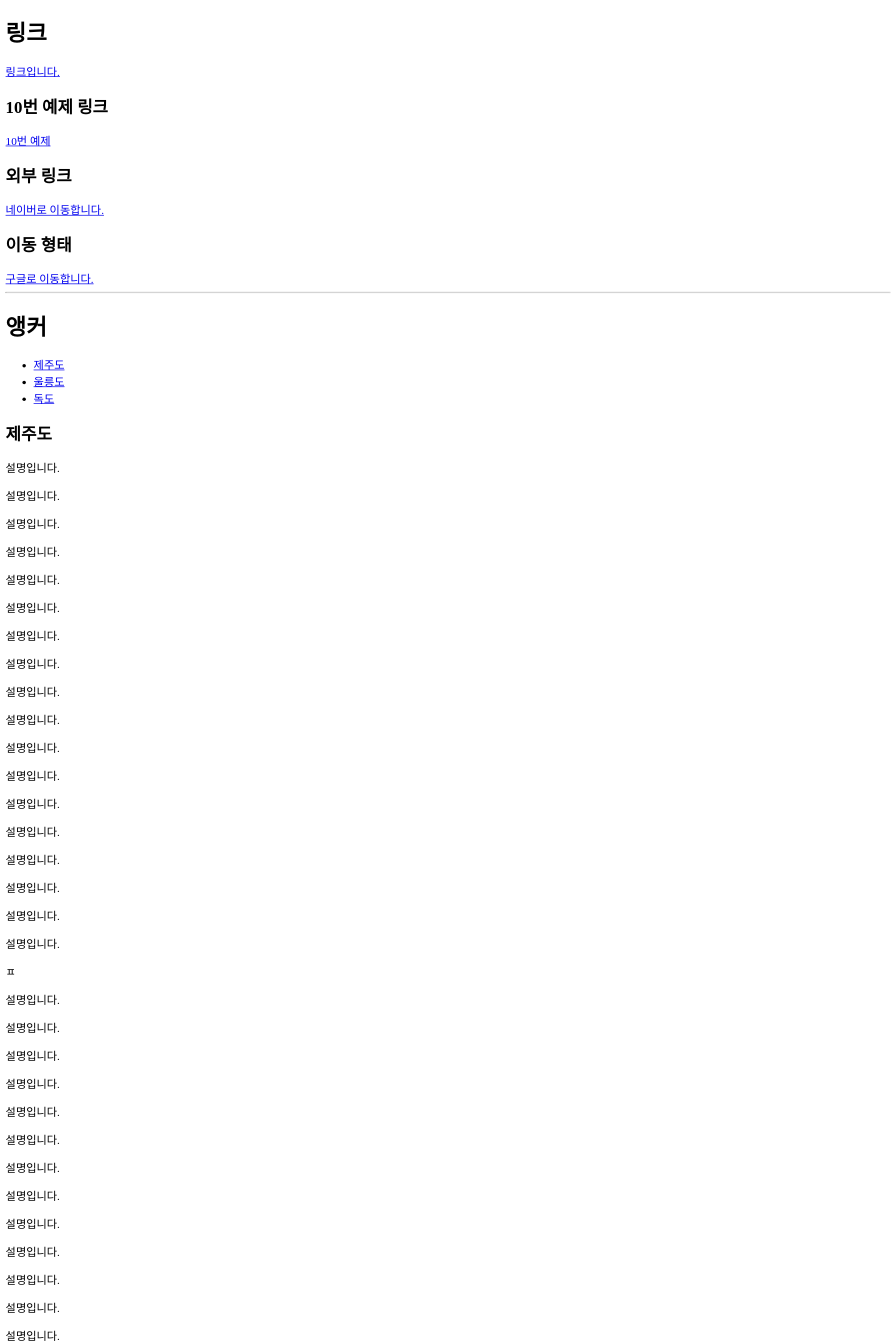
Repository: sinsujung/client
Page: ClientTest/src/main/webapp/html/ex11link.html
These files come from the project's save history. The page is drawn as it stood at one moment and after the next save; the edit follows.
The browser window is 1280 px wide. The pictures show the part of the page from y = 0 to 1920 px (the page is 8333 px tall before and 8365 px after), at 70% of full size.

Above is the page before, as saved 2023-09-20 05:26:25.

### ClientTest/src/main/webapp/html/ex11link.html
<!DOCTYPE html>
<html>
<head>
<meta charset="UTF-8">
<title>Insert title here</title>
</head>
<body>
<!--

	링크, Link
	- <a>, anchor(닻), link
	링크 속성
	- a.href: 클릭하면 이동할 URL. reference a hyperlink
	- a.target: 열거형. _self|_blank|_parent|_top|프레임명

	_self > 내부 링크용
	_blank > 외부 링크용

 -->

 <h1>링크</h1>
 <a href="ex10_list.html">링크입니다.</a>

 <h2>10번 예제 링크</h2>
 <a href="ex10_list.html">10번 예제</a>

  <h2>외부 링크</h2>
 <a href="https://naver.com">네이버로 이동합니다.</a>

 <h2>이동 형태</h2>
 <a href="https://google.com" target="_balank">구글로 이동합니다.</a>


 <hr>

 <h1>앵커</h1>

 <ul>
 	<li><a href="#a1">제주도</li>
 	<li><a href="#a2">울릉도</li>
 	<li><a href="#a3">독도</li>
 </ul>

 <h2><a name="a1"></a>제주도</h2>
 <p>설명입니다.</p> <p>설명입니다.</p> <p>설명입니다.</p> <p>설명입니다.</p> <p>설명입니다.</p> <p>설명입니다.</p> <p>설명입니다.</p>
  <p>설명입니다.</p> <p>설명입니다.</p> <p>설명입니다.</p> <p>설명입니다.</p> <p>설명입니다.</p> <p>설명입니다.</p> <p>설명입니다.</p> <p>설명입니다.</p> <p>설명입니다.</p> <p>설명입니다.</p> <p>설명입니다.</p>
  ㅍ <p>설명입니다.</p> <p>설명입니다.</p> <p>설명입니다.</p> <p>설명입니다.</p> <p>설명입니다.</p> <p>설명입니다.</p> <p>설명입니다.</p> <p>설명입니다.</p> <p>설명입니다.</p> <p>설명입니다.</p>
   <p>설명입니다.</p> <p>설명입니다.</p> <p>설명입니다.</p> <p>설명입니다.</p> <p>설명입니다.</p> <p>설명입니다.</p> <p>설명입니다.</p> <p>설명입니다.</p> <p>설명입니다.</p> <p>설명입니다.</p> <p>설명입니다.</p> <p>설명입니다.</p>
    <p>설명입니다.</p> <p>설명입니다.</p> <p>설명입니다.</p> <p>설명입니다.</p> <p>설명입니다.</p> <p>설명입니다.</p> <p>설명입니다.</p> <p>설명입니다.</p> <p>설명입니다.</p> <p>설명입니다.</p> <p>설명입니다.</p> <p>설명입니다.</p> <p>설명입니다.</p>
     <p>설명입니다.</p> <p>설명입니다.</p> <p>설명입니다.</p> <p>설명입니다.</p> <p>설명입니다.</p> <p>설명입니다.</p> <p>설명입니다.</p> <p>설명입니다.</p> <p>설명입니다.</p> <p>설명입니다.</p> <p>설명입니다.</p> <p>설명입니다.</p>



 <h2><a name="a2"></a>울릉도</h2>
 <p>설명입니다.</p>
 설명입니다.</p> <p>설명입니다.</p> <p>설명입니다.</p> <p>설명입니다.</p> <p>설명입니다.</p> <p>설명입니다.</p> <p>설명입니다.</p>
  <p>설명입니다.</p> <p>설명입니다.</p> <p>설명입니다.</p> <p>설명입니다.</p> <p>설명입니다.</p> <p>설명입니다.</p> <p>설명입니다.</p> <p>설명입니다.</p> <p>설명입니다.</p> <p>설명입니다.</p> <p>설명입니다.</p>
  ㅍ <p>설명입니다.</p> <p>설명입니다.</p> <p>설명입니다.</p> <p>설명입니다.</p> <p>설명입니다.</p> <p>설명입니다.</p> <p>설명입니다.</p> <p>설명입니다.</p> <p>설명입니다.</p> <p>설명입니다.</p>
   <p>설명입니다.</p> <p>설명입니다.</p> <p>설명입니다.</p> <p>설명입니다.</p> <p>설명입니다.</p> <p>설명입니다.</p> <p>설명입니다.</p> <p>설명입니다.</p> <p>설명입니다.</p> <p>설명입니다.</p> <p>설명입니다.</p> <p>설명입니다.</p>
    <p>설명입니다.</p> <p>설명입니다.</p> <p>설명입니다.</p> <p>설명입니다.</p> <p>설명입니다.</p> <p>설명입니다.</p> <p>설명입니다.</p> <p>설명입니다.</p> <p>설명입니다.</p> <p>설명입니다.</p> <p>설명입니다.</p> <p>설명입니다.</p> <p>설명입니다.</p>
     <p>설명입니다.</p> <p>설명입니다.</p> <p>설명입니다.</p> <p>설명입니다.</p> <p>설명입니다.</p> <p>설명입니다.</p> <p>설명입니다.</p> <p>설명입니다.</p> <p>설명입니다.</p> <p>설명입니다.</p> <p>설명입니다.</p> <p>설명입니다.</p>


 <h2><a name="a1"></a>독도</h2>
 <p>설명입니다.</p>
 설명입니다.</p> <p>설명입니다.</p> <p>설명입니다.</p> <p>설명입니다.</p> <p>설명입니다.</p> <p>설명입니다.</p> <p>설명입니다.</p>
  <p>설명입니다.</p> <p>설명입니다.</p> <p>설명입니다.</p> <p>설명입니다.</p> <p>설명입니다.</p> <p>설명입니다.</p> <p>설명입니다.</p> <p>설명입니다.</p> <p>설명입니다.</p> <p>설명입니다.</p> <p>설명입니다.</p>
   <p>설명입니다.</p> <p>설명입니다.</p> <p>설명입니다.</p> <p>설명입니다.</p> <p>설명입니다.</p> <p>설명입니다.</p> <p>설명입니다.</p> <p>설명입니다.</p> <p>설명입니다.</p> <p>설명입니다.</p> <p>설명입니다.</p> <p>설명입니다.</p>
    <p>설명입니다.</p> <p>설명입니다.</p> <p>설명입니다.</p> <p>설명입니다.</p> <p>설명입니다.</p> <p>설명입니다.</p> <p>설명입니다.</p> <p>설명입니다.</p> <p>설명입니다.</p> <p>설명입니다.</p> <p>설명입니다.</p> <p>설명입니다.</p> <p>설명입니다.</p>
     <p>설명입니다.</p> <p>설명입니다.</p> <p>설명입니다.</p> <p>설명입니다.</p> <p>설명입니다.</p> <p>설명입니다.</p> <p>설명입니다.</p> <p>설명입니다.</p> <p>설명입니다.</p> <p>설명입니다.</p> <p>설명입니다.</p> <p>설명입니다.</p>

</body>
</html>

After the next save:
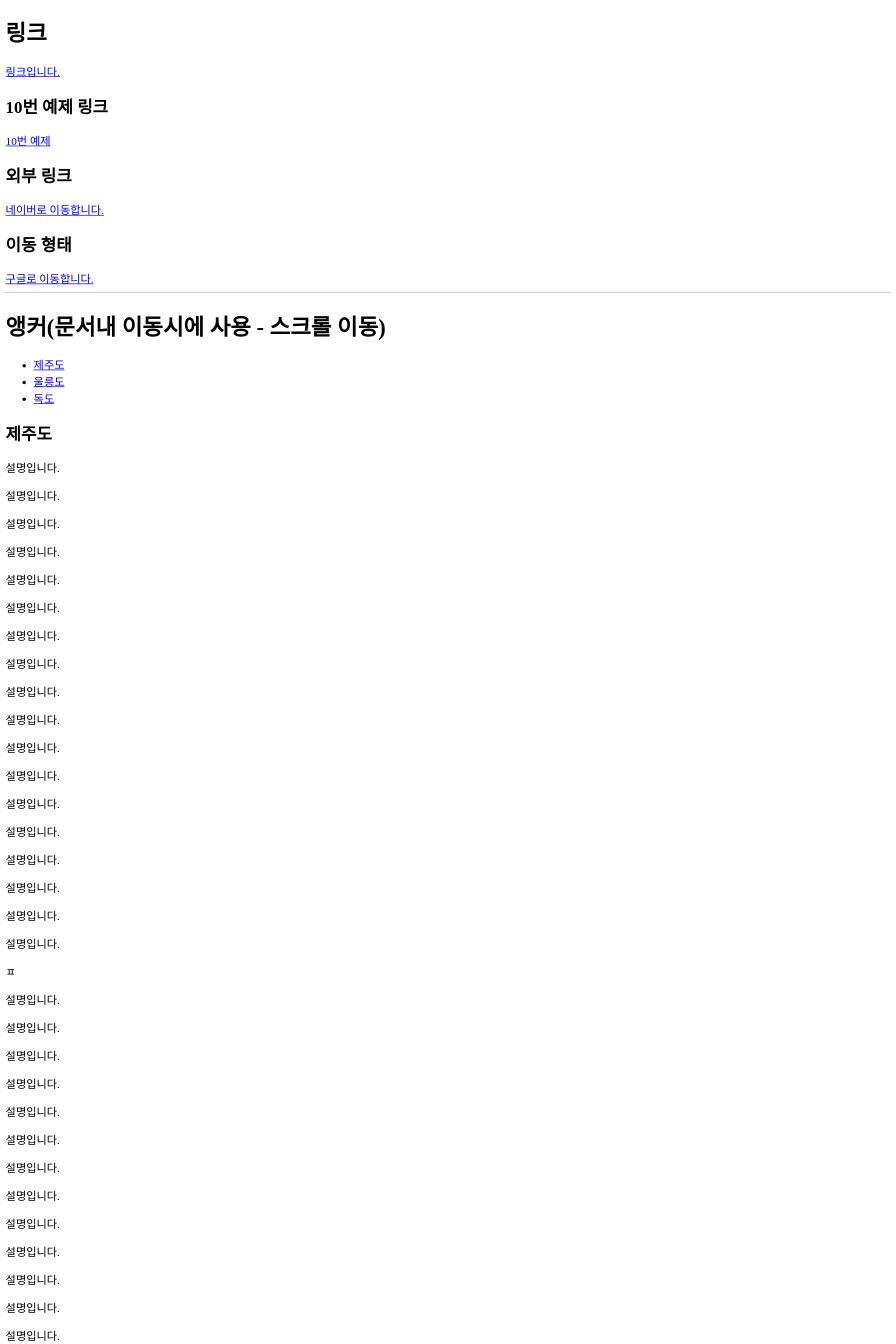
Saved 102 s later.
--- a/ClientTest/src/main/webapp/html/ex11link.html
+++ b/ClientTest/src/main/webapp/html/ex11link.html
@@ -33,7 +33,7 @@
 
  <hr>
 
- <h1>앵커</h1>
+ <h1 id ="title">앵커(문서내 이동시에 사용 - 스크롤 이동)</h1>
 
  <ul>
  	<li><a href="#a1">제주도</li>
@@ -69,5 +69,6 @@
     <p>설명입니다.</p> <p>설명입니다.</p> <p>설명입니다.</p> <p>설명입니다.</p> <p>설명입니다.</p> <p>설명입니다.</p> <p>설명입니다.</p> <p>설명입니다.</p> <p>설명입니다.</p> <p>설명입니다.</p> <p>설명입니다.</p> <p>설명입니다.</p> <p>설명입니다.</p>
      <p>설명입니다.</p> <p>설명입니다.</p> <p>설명입니다.</p> <p>설명입니다.</p> <p>설명입니다.</p> <p>설명입니다.</p> <p>설명입니다.</p> <p>설명입니다.</p> <p>설명입니다.</p> <p>설명입니다.</p> <p>설명입니다.</p> <p>설명입니다.</p>
 
+     <a href="#title">맨위로</a>
 </body>
 </html>
